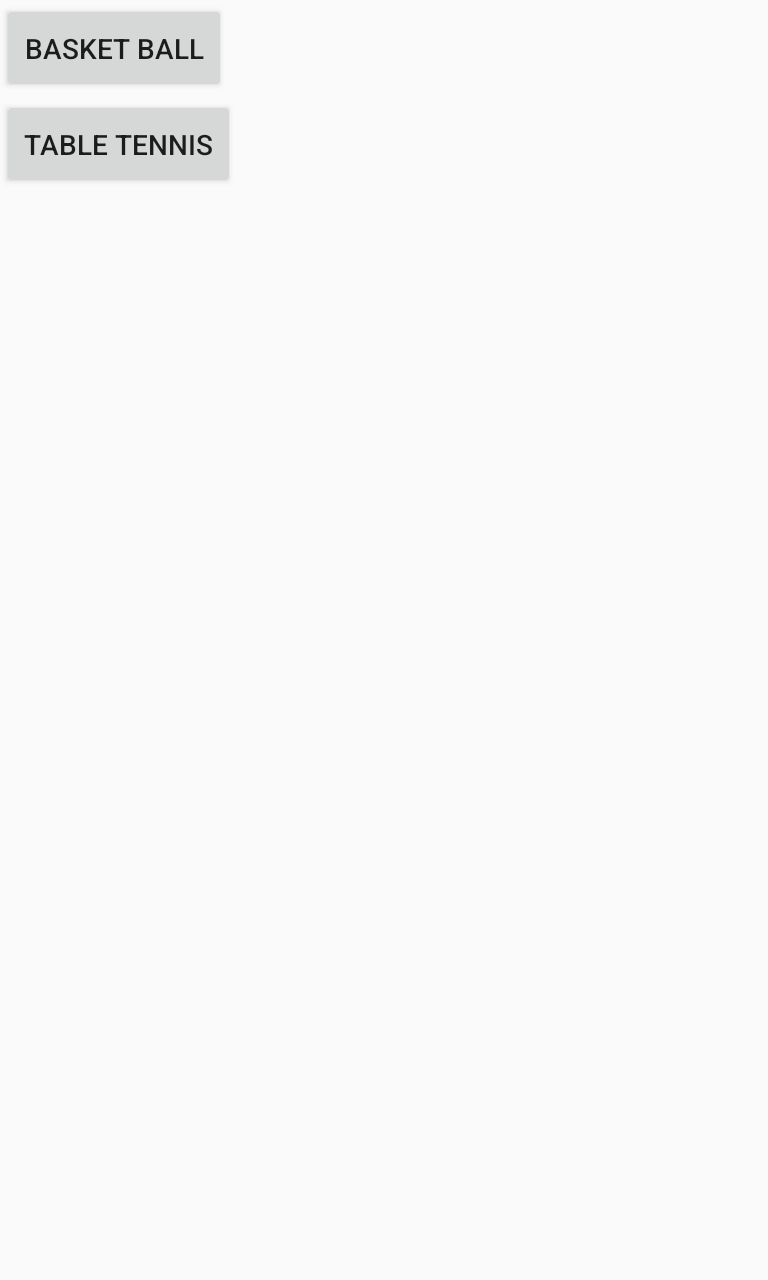
Repository: Attaphon1996/Engineering-Stuff
Layout: OSource/Android Play/Android_Projects/YASH15.0/res/layout/day5_sports.xml
An editor plug-in stored every save of this project. The layout is shown before and after the next save, followed by the edit.
It is drawn on a 768 x 1280 px phone screen (xhdpi) without system bars, with theme AppTheme; the app's code is not run.

Above is the layout before, as saved 2015-02-10 06:04:15.

### OSource/Android Play/Android_Projects/YASH15.0/res/layout/day5_sports.xml
<?xml version="1.0" encoding="utf-8"?>
<LinearLayout xmlns:android="http://schemas.android.com/apk/res/android"
    android:layout_width="match_parent"
    android:layout_height="match_parent"
    android:orientation="vertical" >

    <Button
        android:id="@+id/basketball"
        android:layout_width="wrap_content"
        android:layout_height="wrap_content"
        android:text="BASKET BALL" />

    <Button
        android:id="@+id/tabletennis"
        android:layout_width="wrap_content"
        android:layout_height="wrap_content"
        android:text="TABLE TENNIS" />

</LinearLayout>

Loaded but not shown: OSource/Android Play/Android_Projects/YASH15.0/res/values/styles.xml (common file); OSource/Android Play/Android_Projects/YASH15.0/res/values-v11/styles.xml (common file); OSource/Android Play/Android_Projects/YASH15.0/res/values-v14/styles.xml (common file)

After the next save:
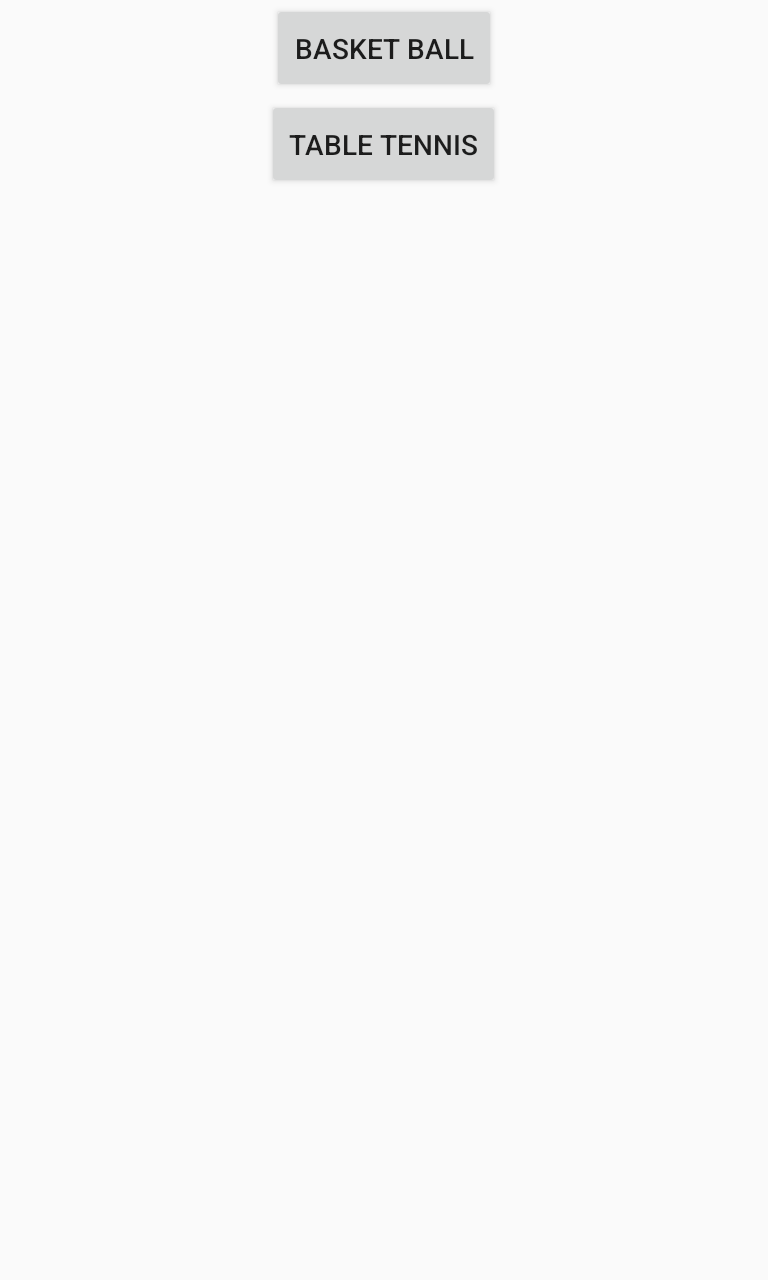
Saved 35 s later.
--- a/OSource/Android Play/Android_Projects/YASH15.0/res/layout/day5_sports.xml
+++ b/OSource/Android Play/Android_Projects/YASH15.0/res/layout/day5_sports.xml
@@ -8,12 +8,14 @@
         android:id="@+id/basketball"
         android:layout_width="wrap_content"
         android:layout_height="wrap_content"
-        android:text="BASKET BALL" />
+        android:text="BASKET BALL"
+        android:layout_gravity="center" />
 
     <Button
         android:id="@+id/tabletennis"
         android:layout_width="wrap_content"
         android:layout_height="wrap_content"
-        android:text="TABLE TENNIS" />
+        android:text="TABLE TENNIS"
+        android:layout_gravity="center" />
 
 </LinearLayout>
